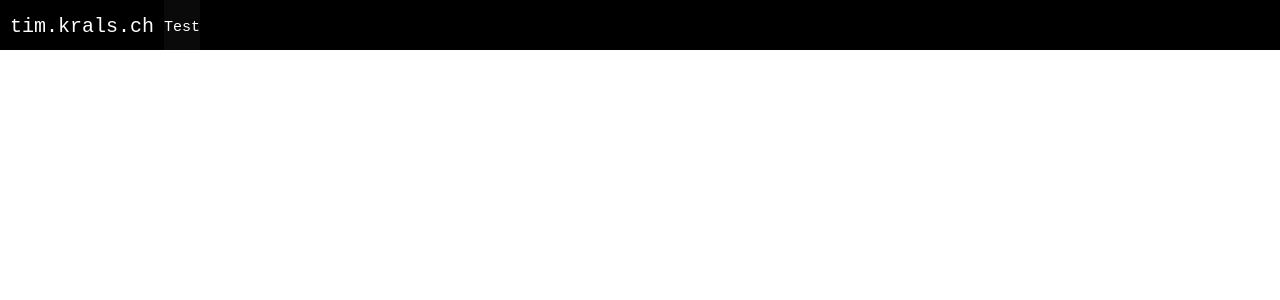
Repository: TimKral5/WikiPage
Page: index.html
The author's editor kept a copy of each file at every save. The page is drawn from the files as they stood at one save, then again after the next save.
The browser window is 1280 px wide. The pictures show the whole page.
The pointer rests on the first visible `div.nav-top > a.item`.

Above is the page before, as saved 2022-10-28 18:52:40.

### index.html
<!DOCTYPE html>
<html lang="en">

<head>
    <meta charset="UTF-8">
    <meta http-equiv="X-UA-Compatible" content="IE=edge">
    <meta name="viewport" content="width=device-width, initial-scale=1.0">
    <title>Document</title>

    <link rel="stylesheet" href="style.css">
</head>

<body>
    <div class="nav-top">
        <div class="title">tim.krals.ch</div>
        <a class="item" href="#test">Test</a>
    </div>
    <div class="nav-side">

    </div>
</body>

</html>

### style.css
html, body {
    font-family: "Courier New";
}



div.nav-top {
    position: absolute;
    top: 0px;
    left: 0px;
    right: 0px;
    height: 50px;
    display: flex;

    background-color: black;
}
div.nav-top > div.title {
    display: flex;
    color: white;
    align-content: center;
    width: max-content;
    padding-top: 15px;
    margin-left: 10px;
    font-size: 20px;
}
div.nav-top > a.item {
    display: flex;
    color: white;
    align-content: center;
    width: max-content;
    padding-top: 18.79px;
    margin-left: 10px;
    font-size: 15px;
    text-decoration: none;
}
div.nav-top > a.item:hover {
    background-color: rgb(10, 10, 10);
}

After the next save:
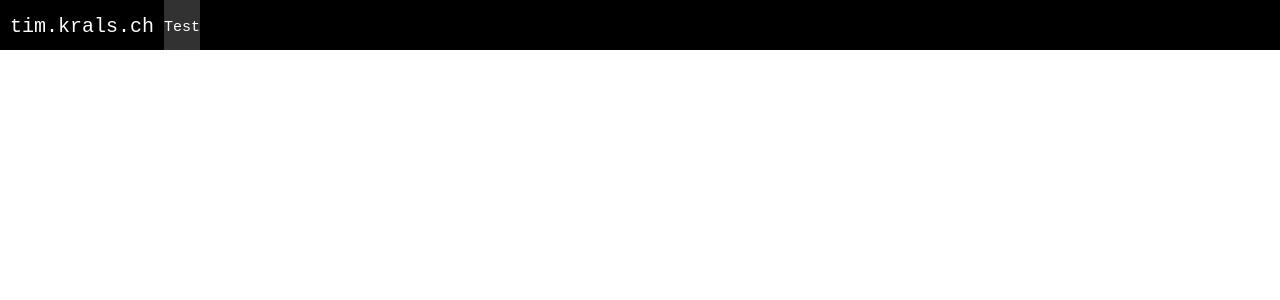
Saved 112 s later.
--- a/style.css
+++ b/style.css
@@ -34,5 +34,5 @@
     text-decoration: none;
 }
 div.nav-top > a.item:hover {
-    background-color: rgb(10, 10, 10);
+    background-color: rgb(50, 50, 50);
 }
